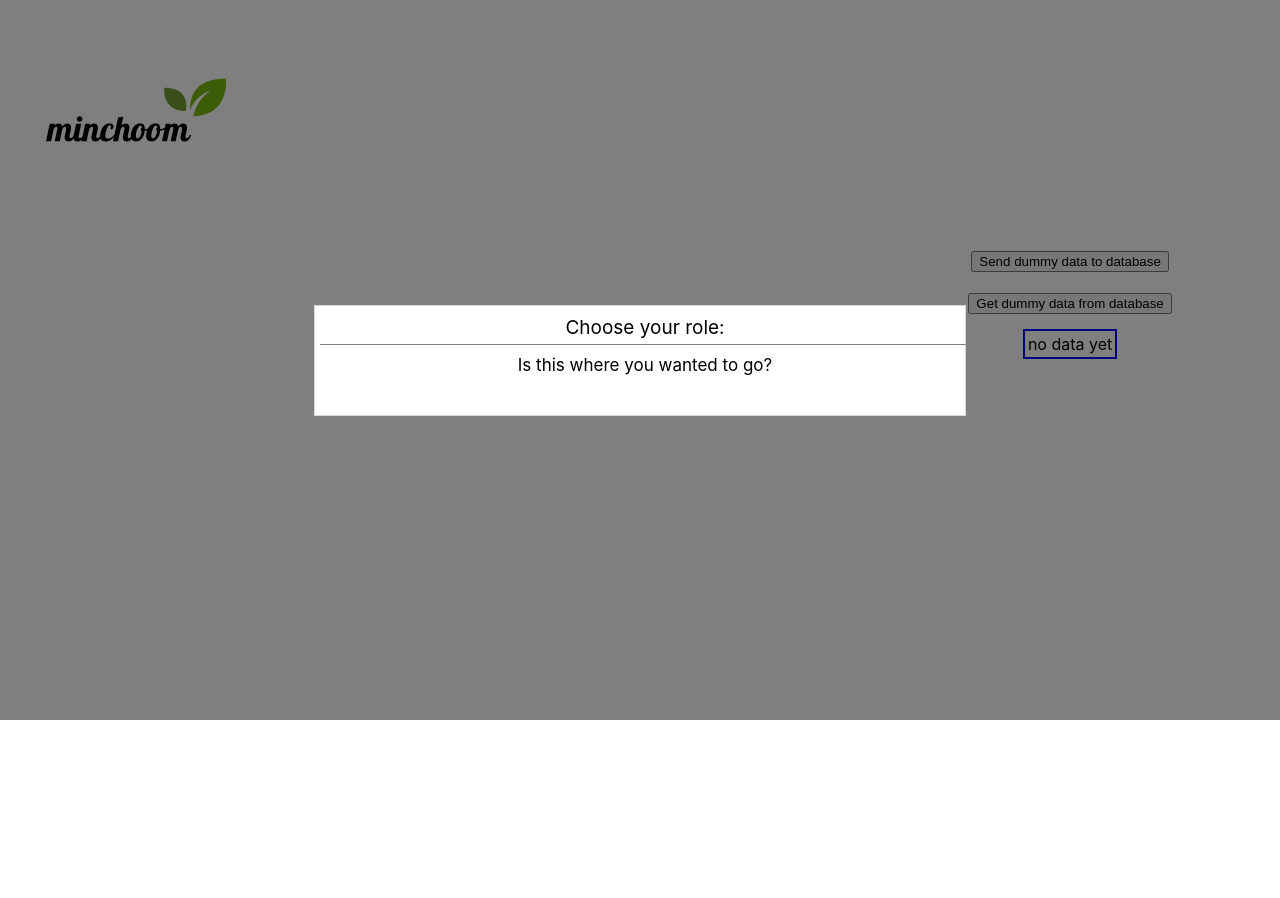
Repository: jeongeonp/MinChoAvengers
Page: / (app in minchoom/)
These files come from the project's save history. The page is drawn as it stood at one moment and after the next save; the edit follows.
The browser window is 1280 px wide. The pictures show the whole page.
The project was rebuilt for these pictures with package versions that can differ from the ones it lists, and the page was loaded fresh each time.

Above is the page before, as saved 2020-11-18 21:54:55.

### minchoom/src/App.js
import React, { Component } from 'react';
import { BrowserRouter as Router, Route } from 'react-router-dom';
import Home from './components/Home'



class App extends Component {
  constructor(props) {
    super(props);
  }
  render() {

    return (
      <Router>
          <Route exact path="/" component={Home}></Route>
      </Router>
    );
  }
}

export default App;

### minchoom/src/components/Home.js
import React, { Component } from 'react';
import ReactPlayer from 'react-player'
import { Header, Input, Form, Button, Progress, Dimmer, Loader } from 'semantic-ui-react';
import '../App.css';
import logo from'../minchoom-logo.png';
import Chat from './Chat';
import Modal from './Modal';

const databaseURL = "https://minchoom-cs473.firebaseio.com/";

class Home extends Component {
    constructor(props) {
      super(props);
      this.state = {
        playing: false,
        playbackRate: 1.0,
        modalOpen: true,
        dummyData: "no data yet",
      }
      this.sendData = this.sendData.bind(this);
      this.getData = this.getData.bind(this);
    }

    sendData = () => {
        const sampleString = "Sent at " + new Date() + "- last dummy data from firebase."
        const sampleDict = {text: "Sent at " + new Date() + "- last dummy data from firebase."}
        return fetch( `${databaseURL+'/dummyData'}/.json`, {
            method: 'PATCH',
            body: JSON.stringify(sampleDict)
        }).then(res => {
            if (res.status !== 200) {
                throw new Error(res.statusText);
            }
            return res.json();
        }).then(() => {
            console.log("Dummy data succesfully sent!")
        })
    }

    getData = () => {
        fetch( `${databaseURL+'/dummyData'}/.json`).then(res => {
            if (res.status !== 200) {
                throw new Error(res.statusText);
            }
            return res.json();
        }).then(res => {
            const keys = Object.keys(res)
            console.log(res)
            this.setState({
                dummyData: res["text"],
            })
        })
    }

    render() {
        const { } = this.props;
        const {playing, playbackRate, dummyData, modalOpen} = this.state;
        const { sendData, getData } = this;
        return (
            <div className="Home">
                <div className="header-bar">
                    <div className="header-title">
                        <img src={logo} alt="fireSpot"/>
                    {/*
                    <Header as="h1">
                        Minchoom 🌿
                    </Header>
                    */}
                    </div>
                </div>
                <div className="main-page">
                <div className="split-left"  tabIndex="1">
                    <div className="main-video">
                    <ReactPlayer ref={this.ref} playing={playing}
                    playbackRate={playbackRate} id="video"  width="100%" height="100%" controls url = {'https://www.youtube.com/watch?v=rj_YjNakQ5k'} onPause={this._onPause}
                    onPlay={this._onPlay}
                    onReady={this._onReady}
                    onProgress={this.handleProgress}
                    onDuration={this.handleDuration}
                    onSeek={this._onSeek}>
                    </ReactPlayer>
                    </div>
                </div>
                <div className="split-right" >
                    <Chat>

                    </Chat>
                    <button type="button" onClick={sendData}>Send dummy data to database</button> <br/> <br/>
                    <button type="button" onClick={getData}>Get dummy data from database</button> <br/> <br/>
                    { dummyData
                        ?
                        <span style={{border: "2px solid blue", padding: "3px", margin: "3px"}}>{dummyData}</span>
                        :
                        <span> no data yet</span>
                    }
                </div>
                </div>
                <Modal open={modalOpen}></Modal>
            </div>
        )
    }
}
export default Home;

### minchoom/src/App.css

.Home {
  text-align: center;
  height: 100vh;
}
.header-title {
  margin: 10px 10px;
}

.header-bar{
  justify-content: left;
  display: grid;
  margin-left: 2%;
  grid-auto-flow: column dense;
}


.main-page {
  width: 100%;
  height: 90%;
  display: flex;
}

.split-left {
  width: 70%;
  height: 100%;
  margin-left: 2%;
  margin-top: 2%;
  overflow-x: hidden;
  overflow-y: hidden;
  left: 0;
}
.split-right {
  width: 30%;
  height: 100%;
  margin-right: 2%;
  margin-top: 2%;
  overflow-x: hidden;
  overflow-y: hidden;
  right: 0;
}
.main-video {
  /* top: 10%; */
  width: 90%;
  height: 70%;

}

.modal {
  font-size: 17px;
}
.modal > .header {
  width: 100%;
  border-bottom: 1px solid gray;
  font-size: 19px;
  text-align: center;
  padding: 5px;
}
.modal > .content {
  width: 100%;
  padding: 10px 5px 10px;
  text-align: center;
}
.modal > .actions {
  width: 100%;
  padding: 10px 5px 15px;
  margin: auto;
  text-align: center;

}
.modal > .close {
  cursor: pointer;
  position: absolute;
  display: block;
  padding: 2px 5px;
  line-height: 20px;
  right: 10px;
  top: 10px;
  font-size: 24px;
  background: #ffffff;
  border-radius: 18px;
  border: none;
}

@keyframes App-logo-spin {
  from {
    transform: rotate(0deg);
  }
  to {
    transform: rotate(360deg);
  }
}

### minchoom/src/components/Chat.js
import React from "react";
import Popup from "reactjs-popup";
import '../App.css';

export default class Chat extends React.Component {
    constructor(props) {
        super(props);
        this.state = {

          };
      }




    render() {

       return null;

    }};

### minchoom/src/components/Modal.js
import React from "react";
import Popup from "reactjs-popup";
import '../App.css';
import 'reactjs-popup/dist/index.css';

export default class Modal extends React.Component {
    constructor(props) {
        super(props);
        this.state = {

          };
      }


      handleChange(event) {
        this.setState({input: event.target.value});
      }

      handleSubmit(event, close) {

        return false;
      }



    render() {
        const { open, closeModal, } = this.props;
        return (
            <Popup  open={open} position="top center" >
              {close => (
                <div className="modal">
                  <div className="header"> Choose your role: </div>
                  <div className="content">
                  {" "}
                  Is this where you wanted to go?
                  </div>
                  <div className="actions"></div>
                </div>
              )}

            </Popup>
        )
    }};

Loaded but not shown: minchoom/public/index.html (common file); minchoom/src/index.js (common file); minchoom/src/index.css (common file); minchoom/src/reportWebVitals.js (common file)

After the next save:
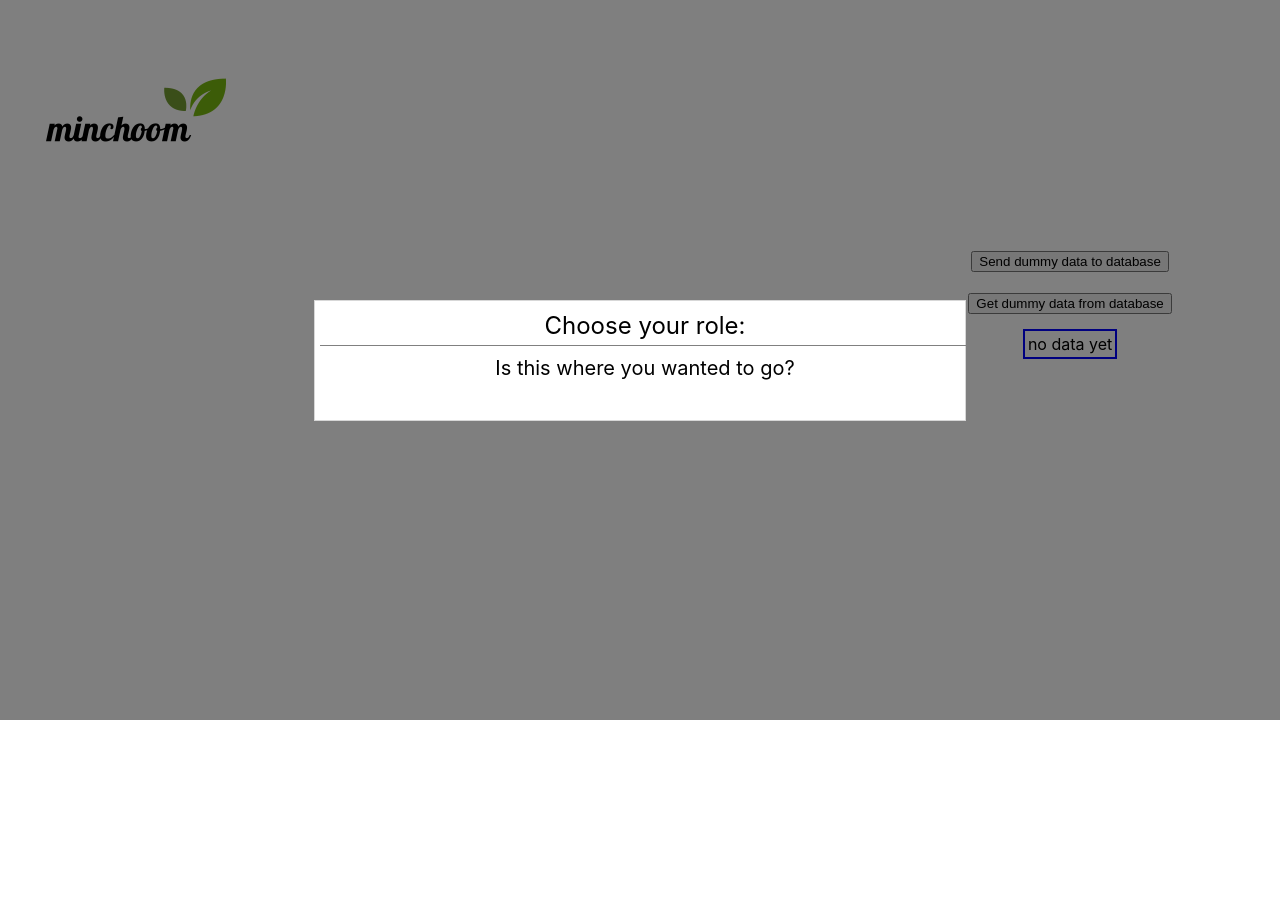
Saved 10 s later.
--- a/minchoom/src/App.css
+++ b/minchoom/src/App.css
@@ -52,7 +52,7 @@
 .modal > .header {
   width: 100%;
   border-bottom: 1px solid gray;
-  font-size: 19px;
+  font-size: 24px;
   text-align: center;
   padding: 5px;
 }
@@ -60,6 +60,7 @@
   width: 100%;
   padding: 10px 5px 10px;
   text-align: center;
+  font-size: 20px;
 }
 .modal > .actions {
   width: 100%;
